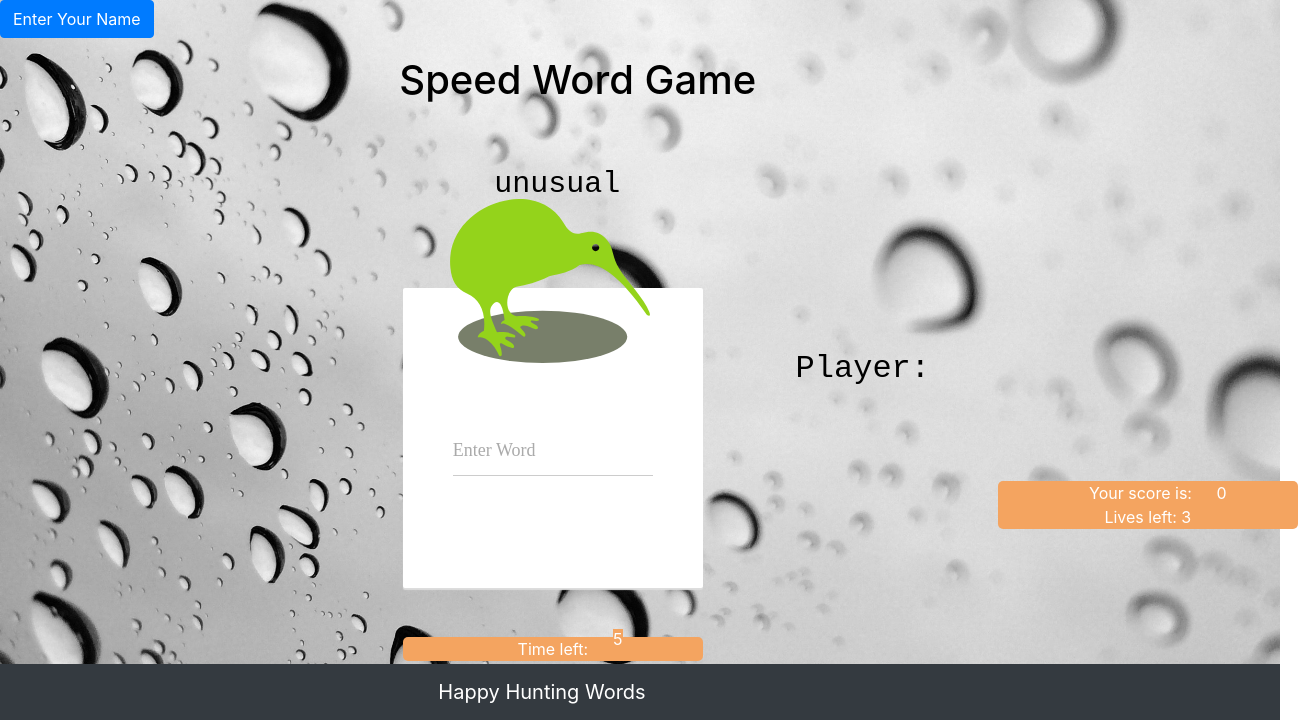
Repository: konstantin0s/word-game-project
Page: index.html
These files come from the project's save history. The page is drawn as it stood at one moment and after the next save; the edit follows.
The browser window is 1280 px wide. The page is 1298 px wide, so the pictures cover 1298 px, including what lies to the right of the window. The pictures show the whole page.

Above is the page before, as saved 2019-02-12 12:45:35.

After the next save:
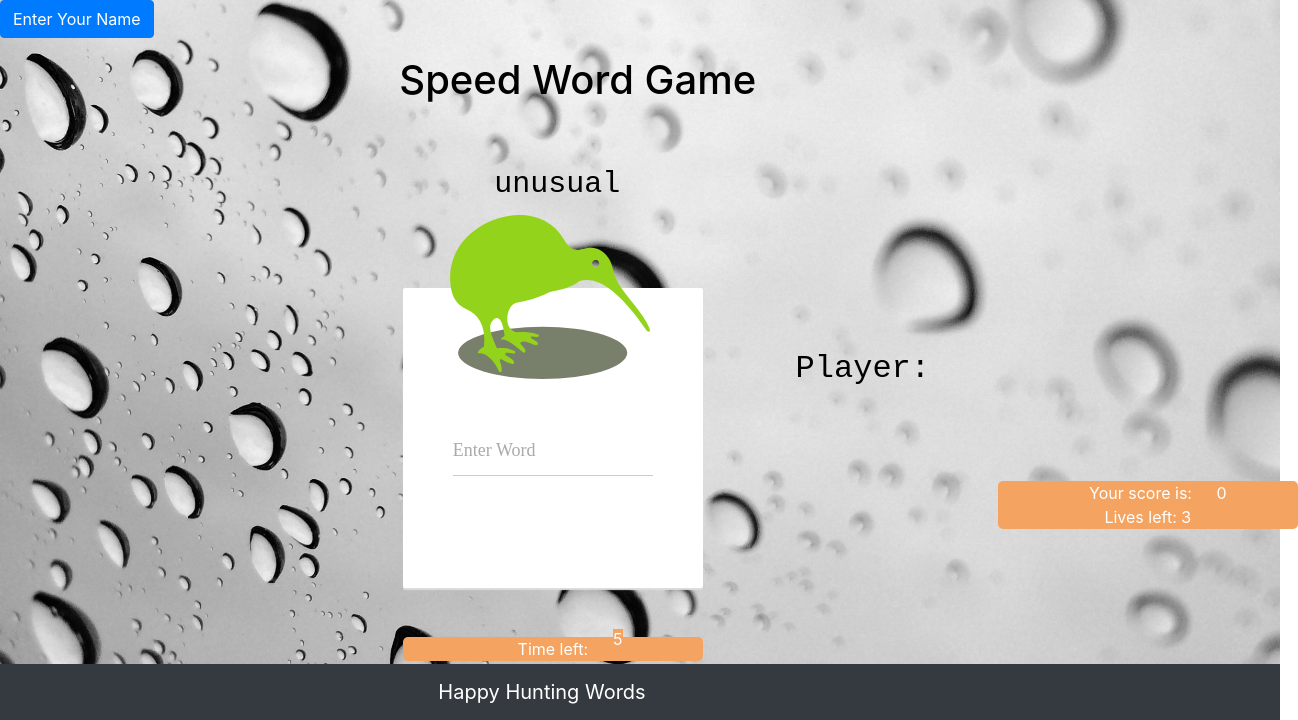
Saved 18 s later.
--- a/index.html
+++ b/index.html
@@ -96,7 +96,7 @@
       </div>
     </div>
   </section>
-
+   <p id="messageP"></p>
   <svg version="1.1" id="Layer_1" xmlns="http://www.w3.org/2000/svg" xmlns:xlink="http://www.w3.org/1999/xlink" x="0px" y="0px"
   width="612px" height="502.174px" viewBox="0 65.326 612 502.174" enable-background="new 0 65.326 612 502.174"
   xml:space="preserve" class="logo">
